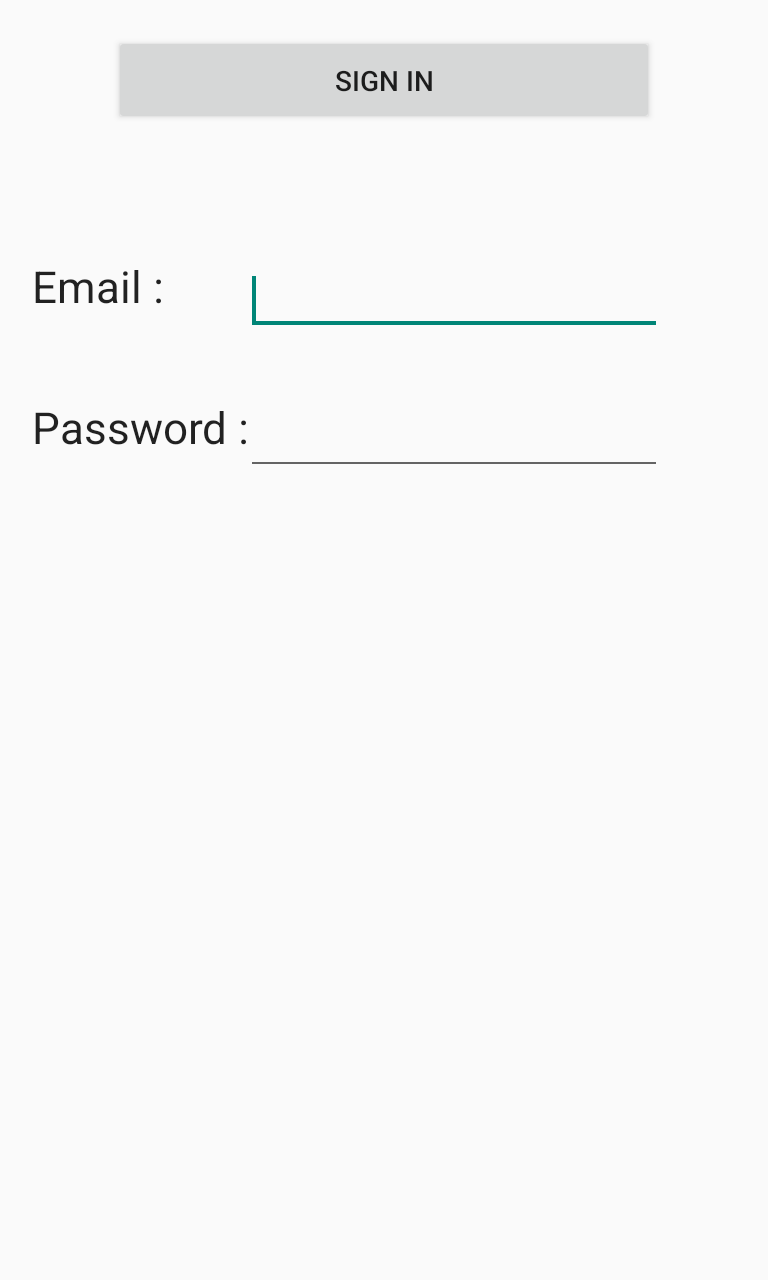
Repository: HAYKEL88/MASTER2_PFE
Layout: PFE_ANDROID/res/layout/activity_sign_in.xml
An editor plug-in stored every save of this project. The layout is shown before and after the next save, followed by the edit.
It is drawn on a 768 x 1280 px phone screen (xhdpi) without system bars, with theme AppTheme; the app's code is not run.

Above is the layout before, as saved 2014-12-18 21:53:54.

After the next save:
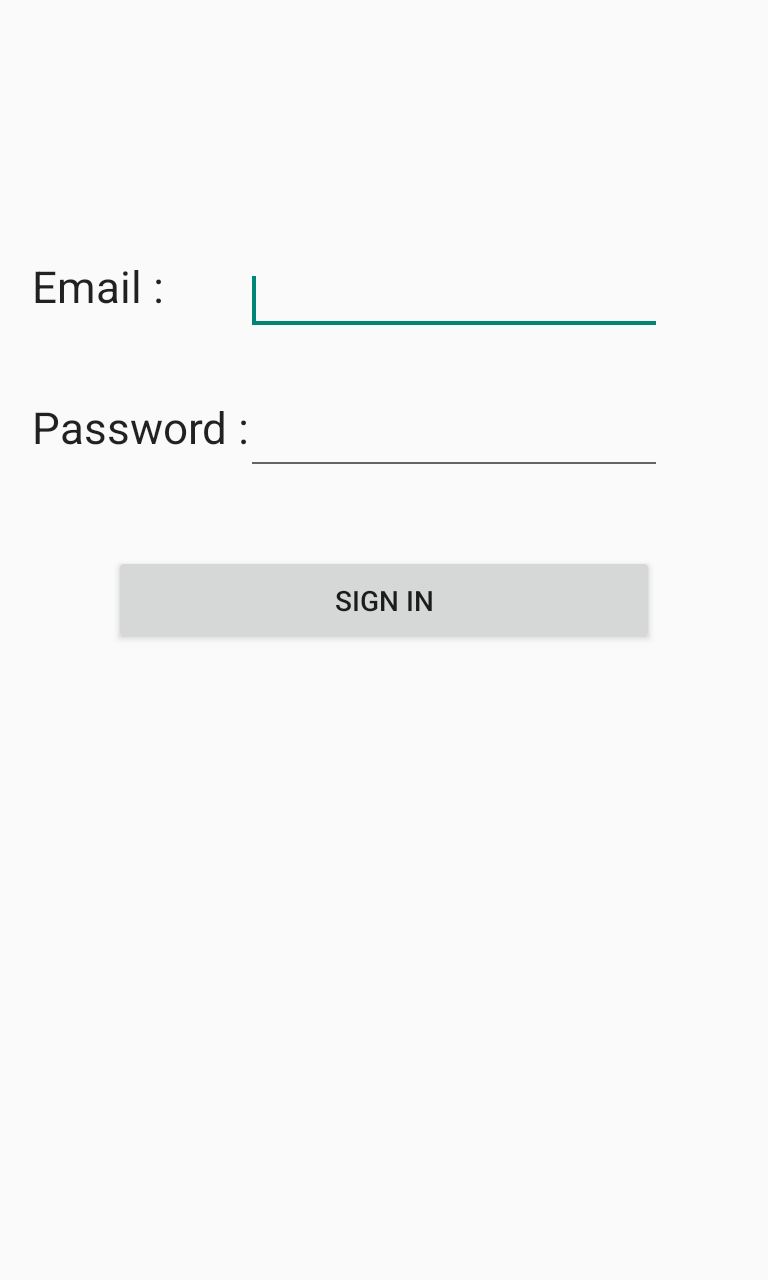
Saved 22 s later.
--- a/PFE_ANDROID/res/layout/activity_sign_in.xml
+++ b/PFE_ANDROID/res/layout/activity_sign_in.xml
@@ -65,10 +65,9 @@
         android:id="@+id/button1"
         android:layout_width="272dp"
         android:layout_height="wrap_content"
-        android:layout_gravity="center_horizontal"
-        android:layout_above="@+id/textView3"
+        android:layout_below="@+id/editText2"
         android:layout_centerHorizontal="true"
-        android:layout_marginBottom="50dp"
+        android:layout_marginTop="36dp"
         android:text="@string/button_signIn" />
 
 </RelativeLayout>
